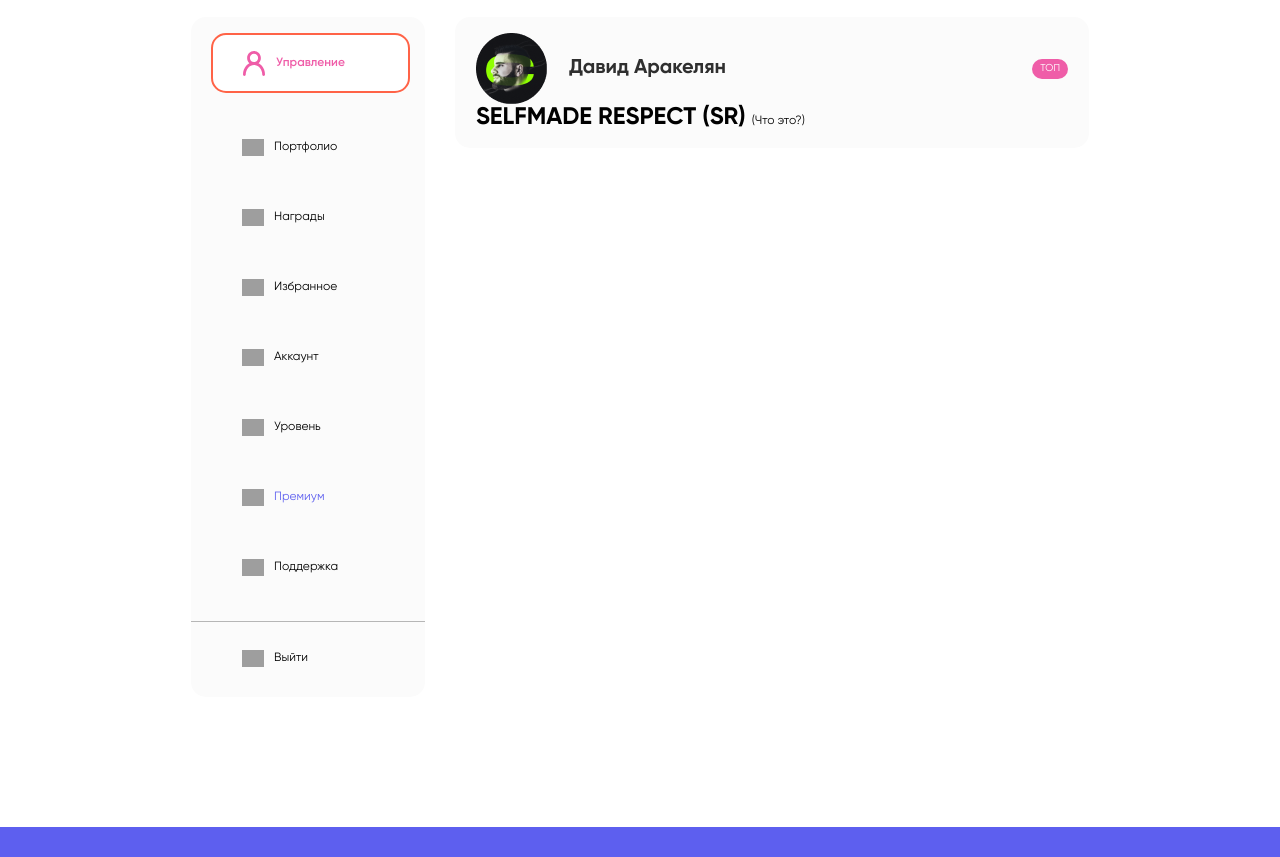
Repository: alexboagreek/selfmade
Page: index.html
These files come from the project's save history. The page is drawn as it stood at one moment and after a run of saves; the edit follows.
The browser window is 1280 px wide. The pictures show the part of the page from y = 353 to 1210 px (the page is 1719 px tall).
Pictures or frames that could not be fetched are drawn as grey boxes. A picture or video elsewhere on the page could not be fetched, so the positions and the page height are approximate.

Above is the page before, as saved 2022-12-13 12:45:45.

### index.html
<!DOCTYPE html>
<html lang="ru">
<head>
    <meta charset="UTF-8">
    <meta http-equiv="X-UA-Compatible" content="IE=edge">
    <meta name="viewport" content="width=device-width, initial-scale=1.0">
    <link rel="stylesheet" href="css/style.css">
    <link rel="icon" type="image/png" sizes="64x64" href="assets/icons/favicon.png">
    <link rel="icon" type="image/png" sizes="48x48" href="assets/icons/favicon_48.png">
    <title>Selfmade</title>
</head>
<body>
    <header class="header">
        <div class="header__container">
            <h1 class="visually-hidden">Selfmade...</h1>
            <div class="header__box">
                <div class="header__logo">
                    <a href="/"><img src="./assets/icons/header_logo.svg" alt="Логотип Selfmade"></a>
                </div>
                <div class="header__login">
                    <div class="header__alarm">
                        <img class="header__alarm_icon" src="assets/icons/bell.svg" alt="authorization bell">
                    </div>
                    <p class="user__name">Аракелян Д.</p>
                    <div class="user__login">
                        <img src="assets/icons/user_icon.svg" alt="user icon">
                    </div>
                </div>

            </div>

        </div>
    </header>

    <main class="main main__container">
        <div class="sidebar">
            <ul class="menu__list">
                <li class="menu__list_item menu__list_item_fix">
                    <button class="menu__list_button menu__button_control control__text">Управление</button>
                </li>
                <li class="menu__list_item list_item_fix">
                    <button class="menu__list_button menu__button_portfolio">Портфолио</button>
                </li>
                <li class="menu__list_item list_item_fix">
                    <button class="menu__list_button menu__button_star">Награды</button>
                </li>
                <li class="menu__list_item list_item_fix">
                    <button class="menu__list_button menu__button_like">Избранное</button>
                </li>
                <li class="menu__list_item list_item_fix">
                    <button class="menu__list_button menu__button_settings">Аккаунт</button>
                </li>
                <li class="menu__list_item list_item_fix">
                    <button class="menu__list_button menu__button_level">Уровень</button>
                </li>
                <li class="menu__list_item list_item_fix">
                    <button class="menu__list_button menu__button_premium menu__button_active">Премиум</button>
                </li>
                <li class="menu__list_item item__border list_item_fix">
                    <button class="menu__list_button menu__button_helper">Поддержка</button>
                </li>
                <li class="menu__list_item list_item_fix menu__line">
                    <button class="menu__list_button menu__button_exit">Выйти</button>
                </li>
            </ul>
        </div>
        <div class="content">
            <section class="interface">
                <div class="interface__box">
                    <div class="interface__box_header interface__line">
                        <div class="user__info">
                            <img src="assets/img/interface.png" alt="Логотип интерфейса юзера | user interface logo" class="interface__img">
                            <p class="interface__text">Давид Аракелян</p>
                        </div>
                        <div class="interface__rating">Топ</div>
                    </div>
                    <div class="selfmade__respect">
                        <h2 class="selfmade__respect_title">SELFMADE RESPECT (SR) <span class="selfmade__span">(Что это?)</span></h2>

                    </div>
                </div>
            </section>
        </div>
    </main>

  <footer class="footer">
    <div class="footer__container">
        <div class="footer__box">
            <img src="./assets/icons/footer_logo.svg" alt="Логотип Selfmade">
            <div class="footer__social">
                <ul class="footer__social_list">
                    <li class="footer__social_list_item">
                        <svg width="15" height="14" viewbox="0 0 15 14" fill="none" xmlns="http://www.w3.org/2000/svg">
                            <path d="M0.911243 6.87875L4.18677 8.10128L5.45459 12.1786C5.53572 12.4397 5.85504 12.5363 6.067 12.363L7.89283 10.8745C8.08421 10.7186 8.35682 10.7108 8.55683 10.856L11.85 13.2469C12.0767 13.4117 12.3979 13.2875 12.4548 13.0135L14.8672 1.40935C14.9293 1.11007 14.6352 0.860402 14.3502 0.970619L0.907405 6.15646C0.575664 6.2844 0.578554 6.75408 0.911243 6.87875ZM5.25027 7.4505L11.6519 3.50775C11.7669 3.43709 11.8853 3.59266 11.7865 3.6843L6.50332 8.59526C6.31761 8.76813 6.19783 8.99946 6.1639 9.25055L5.98393 10.5842C5.9601 10.7623 5.70995 10.78 5.66081 10.6077L4.96866 8.17563C4.88939 7.89823 5.00491 7.60194 5.25027 7.4505Z" fill="#5D5FEF"/>
                        </svg>
                    </li>
                    <li class="footer__social_list_item">
                        <svg width="15" height="15" viewbox="0 0 15 15" fill="none" xmlns="http://www.w3.org/2000/svg">
                            <path fill-rule="evenodd" clip-rule="evenodd" d="M4.90509 0.6828C2.54568 0.6828 0.632996 2.59548 0.632996 4.9549V10.295C0.632996 12.6544 2.54568 14.5671 4.90509 14.5671H10.2452C12.6046 14.5671 14.5173 12.6544 14.5173 10.295V4.9549C14.5173 2.59548 12.6046 0.6828 10.2452 0.6828H4.90509ZM7.57515 3.88687C5.51067 3.88687 3.83707 5.56047 3.83707 7.62496C3.83707 9.68944 5.51067 11.363 7.57515 11.363C9.63964 11.363 11.3132 9.68944 11.3132 7.62496C11.3132 5.56047 9.63964 3.88687 7.57515 3.88687ZM11.5421 4.64975C12.0898 4.64975 12.5338 4.20573 12.5338 3.65801C12.5338 3.11029 12.0898 2.66627 11.5421 2.66627C10.9944 2.66627 10.5504 3.11029 10.5504 3.65801C10.5504 4.20573 10.9944 4.64975 11.5421 4.64975Z" fill="#5D5FEF"/>
                        </svg>
                    </li>
                    <li class="footer__social_list_item">
                        <svg width="16" height="9" viewbox="0 0 16 9" fill="none" xmlns="http://www.w3.org/2000/svg">
                            <path d="M12.9479 4.91454C12.7006 4.61918 12.7714 4.48778 12.9479 4.22376C12.9511 4.22075 14.9925 1.55289 15.2028 0.648132L15.2041 0.647529C15.3086 0.317814 15.2041 0.0755005 14.6987 0.0755005H13.0263C12.6006 0.0755005 12.4043 0.283456 12.2991 0.516125C12.2991 0.516125 11.4477 2.44378 10.2431 3.69332C9.85434 4.05438 9.67462 4.17012 9.46239 4.17012C9.35787 4.17012 9.19535 4.05438 9.19535 3.72467V0.647529C9.19535 0.252112 9.07617 0.0755005 8.72373 0.0755005H6.09412C5.82709 0.0755005 5.66839 0.259948 5.66839 0.431737C5.66839 0.80666 6.27066 0.892856 6.33312 1.9477V4.23642C6.33312 4.73792 6.23689 4.83015 6.02338 4.83015C5.45489 4.83015 4.07508 2.89465 3.25739 0.679476C3.09232 0.249701 2.93108 0.0761032 2.50216 0.0761032H0.829178C0.351821 0.0761032 0.255585 0.284059 0.255585 0.516728C0.255585 0.927817 0.824079 2.97181 2.89921 5.67222C4.28221 7.51549 6.22988 8.51428 8.00164 8.51428C9.06661 8.51428 9.19663 8.29246 9.19663 7.91091C9.19663 6.14961 9.10039 5.98325 9.63383 5.98325C9.88111 5.98325 10.3068 6.09898 11.3011 6.98806C12.4374 8.04231 12.6242 8.51428 13.2602 8.51428H14.9326C15.4093 8.51428 15.6508 8.29246 15.5119 7.85485C15.1939 6.93442 13.0448 5.04112 12.9479 4.91454V4.91454Z" fill="#5D5FEF"/>
                        </svg>
                    </li>
                    <li class="footer__social_list_item">
                        <svg width="7" height="14" viewbox="0 0 7 14" fill="none" xmlns="http://www.w3.org/2000/svg">
                            <path d="M5.1126 2.93661H6.8285V0.446777H4.81141V0.455757C2.36736 0.540786 1.86645 1.89031 1.8223 3.30771H1.81727V4.55101H0.153015V6.9893H1.81727V13.5253H4.3254V6.9893H6.37996L6.77685 4.55101H4.32622V3.79984C4.32622 3.32082 4.65072 2.93661 5.1126 2.93661Z" fill="#5D5FEF"/>
                        </svg>
                    </li>
                </ul>
            </div>
        </div>
        <div class="footer__services">
            <ul class="services__list">
                <li class="services__list_item">Как работает сервис?</li>
                <li class="services__list_item">Советы от SELFMADE</li>
                <li class="services__list_item">Пользовательское соглашение</li>
                <li class="services__list_item">Почему SELFMADE</li>
                <li class="services__list_item">Помощь и поддержка</li>
            </ul>
        </div>
    </div>
    <div class="footer__copyright">
        <ul class="footer__copyright_list">
            <li class="footer__copyright_list_item footer__copy_text">© SELFMADE.TEAM 2022</li>
            <li class="footer__copyright_list_item footer__copy_text-info">ИНН 431207720494 / ОГРНИП 320508100324371</li>
            <li class="footer__copyright_list_item">
                <a class="footer__copyright_link" href="#">Политика конфиденциальности</a>
            </li>
        </ul>
    </div>

  </footer>
</body>
</html>

### css/style.css
@import 'normalize.css';
@import 'fonts.css';
@import 'default.css';
@import 'header.css';
@import 'sidebar.css';
@import 'interface.css';
@import 'footer.css';

### css/fonts.css
@font-face {
    font-family: Gilroy;
    src: url(../assets/fonts/Gilroy-Regular.woff2) format('woff2'),
    url(../assets/fonts/Gilroy-Regular.woff) format('woff');
    font-weight: 400;
}

@font-face {
    font-family: Gilroy;
    src: url(../assets/fonts/Gilroy-Semibold.woff2) format('woff2'),
    url(../assets/fonts/Gilroy-Semibold.woff) format('woff');
    font-weight: 500;
}

@font-face {
    font-family: Gilroy;
    src: url(../assets/fonts/Gilroy-Bold.woff2) format('woff2'),
    url(../assets/fonts/Gilroy-Bold.woff) format('woff');
    font-weight: 600;
}

### css/default.css
:root {
    --color-control-text:#EF5DA8;
    --color-menu: #F0F0F0;
    --color-menu-active: #5D5FEF;
    --color-alarm: #EF5DA8;
    --color-main: #FBFBFB;
    --footer-color-main: #5D5FEF;
    --footer-color-copyright: #5556D3;
    --footer-social-color: #FFFFFF;
    --footer-copyright-link: #B6B6B6;
    background: #EF5DA8;

}

html {
  overflow-x: hidden;
  position: relative;
  box-sizing: border-box;
}

*,
*::before,
*::after {
  box-sizing: inherit;
}

body {
  display: flex;
  flex-direction: column;
  min-width: 320px;
  height: 100%;
  font-family: Gilroy, sans-serif;
  background-color: #FFFFFF;
  font-size: 16px;
  overflow-x: hidden;
  position: relative;
}

img,
svg {
  max-width: 100%;
  max-height: 100%;
  height: auto;
}

button {
  padding: 0;
  cursor: pointer;
  border: none;
  background-color: transparent;
}

a {
  text-decoration: none;
  color: inherit;
}

ul {
  list-style: none;
  padding: 0;
  margin: 0;
}

h1,
h2,
h3,
p,
figure,
fieldset {
  margin: 0;
}

iframe {
  border: none;
}

fieldset {
  padding: 0;
  border: 0;
}

.visually-hidden {
  position: fixed;
  transform: scale(0);
}

.container {
    max-width: 1400px;
    padding: 0 100px;
    margin: 0 auto;
}

### css/header.css
.header {
    padding-top: 28px;
    padding-bottom: 37px;
    flex: 0 0 auto;
    background-color: #FFFFFF;
}

.header__box {
    display: flex;
    justify-content: space-between;
    align-items: center;
}

.header__container {
    max-width: 1500px;
    margin: 0 auto;
    padding: 0 100px;
}

.header__alarm {
    position: relative;
    margin-right: 11px;
}

.header__alarm::after {
    position: absolute;
    top: 0;
    content: '';
    width: 5px;
    height: 5px;
    background-color: var(--color-alarm);
    border-radius: 50%;
}
.user__name {
    margin-right: 6px;
}

.header__login {
    display: flex;
    align-items: center;
}

.user__login {
    cursor: pointer;
}

.services__list_item {
    cursor: pointer;
}

### css/sidebar.css
.main {
    display: flex;
}

.main__container {
    max-width: 1200px;
    margin: 0 auto;
}

.sidebar {
    display: flex;
    justify-content: center;
    width: 234px;
    border-radius: 15px;
    background-color: var(--color-main);
    margin-bottom: 130px;
    margin-right: 30px;
}

.menu__list_button {
    font-size: 12px;
    line-height: 16px;
    padding: 7px 8px 7px 40px;
    background-size: 22px;
    background-position: 8px center;
    background-repeat: no-repeat;
    border-radius: 50px;
    border: 1px solid transparent;
    white-space: nowrap;
    outline: none;
    margin-bottom: 38px;
}

.menu__list_item_fix {
    display: flex;
    padding-left: 20px;
    align-items: flex-start;
}

.menu__button_active {
    color: var(--color-menu-active);
}

.menu__button_control {
    width: 199px;
    margin-top: 16px;
    border-radius: 15px;
    border: 2px solid tomato;
    padding: 20px;
    background-color: #FFFFFF;
    background-image: url('../assets/icons/user__icon.svg');
    background-position: calc(30px);
}

.control__text {
    font-weight: 500;
    color: var(--color-control-text);
}

.menu__button_portfolio {
    background-image: url('../assets/icons/portfolio_icon.svg');
}
.menu__button_star {
    background-image: url('../assets/icons/star_icon.svg');
}

.menu__button_like {
    background-image: url('../assets/icons/like_icon.svg');
}
.menu__button_settings {
    background-image: url('../assets/icons/settings_icon.svg');
}
.menu__button_level {
    background-image: url('../assets/icons/level_icon.svg');
}
.menu__button_premium {
    background-image: url('../assets/icons/premium_icon.svg');
}

.menu__button_helper {
    background-image: url('../assets/icons/helper_icon.svg');
}

.menu__line {
    width: 234px;
    border-top: 1px solid var(--footer-copyright-link);
}
.menu__button_exit {
    background-image: url('../assets/icons/exit_icon.svg');
    margin-top: 20px;
    margin-bottom: 23px;
}

.list_item_fix {
    padding-left: 42px;
}

### css/interface.css
.interface__box {
    border-radius: 15px;
    padding: 16px 21px;
    width: 634px;
    background-color: var(--color-main);
}
.interface__box_header {
    display: flex;
    justify-content: space-between;
    align-items: center;
}
.user__info {
    display: flex;
    align-items: center;
}

.interface__text {
    font-weight: 700;
    font-size: 20px;
    margin-left: 22px;
    line-height: 1.06;
    color: #2F2F2F;
}

.interface__rating {
    padding: 4px 8px;
    border-radius: 47px;
    color: #FFFFFF;
    background-color: var( --color-control-text);
    font-size: 10px;
    text-transform: uppercase;
}

.selfmade__span {
    font-weight: 400;
    font-size: 12px;
}

### css/footer.css
.footer {
    flex: 0 0 auto;
}

.footer__container {
    padding: 50px 140px 0px 140px;
    background-color: var(--footer-color-main);
}

.footer__box {
    display: flex;
    justify-content: space-between;
    background-color: var(--footer-color-main);
    margin-bottom: 50px;
}

.footer__social_list_item {
    display: flex;
    align-items: center;
    justify-content: center;
    width: 29px;
    height: 29px;
    background-color: var(--footer-social-color);
    border-radius: 50%;
    margin-right: 19px;
    cursor: pointer;
}

.footer__social_list_item:last-child {
    margin-right: 0;
}

.footer__social_list {
    display: flex;
}

.footer__services {
    padding-bottom: 41px;
}

.services__list {
    display: flex;
    justify-content: space-between;
}
.services__list_item {
    font-size: 16px;
    font-weight: 500;
    color: var(--footer-social-color);
}

.footer__copyright {
    padding: 30px 140px;
    border-top: 1px solid #FFFFFF;
    background-color: var(--footer-color-copyright);
}

.footer__copyright_list {
    display: flex;
    justify-content: space-between;
}

.footer__copy_text {
    font-weight: 500;
    line-height: 16px;
    color: var(--footer-social-color);
}

.footer__copy_text-info {
    font-weight: 400;
    color: var(--footer-social-color);
}
.footer__copyright_link {
    color: var(--footer-copyright-link);
}

Loaded but not shown: css/normalize.css (library)

After the next 2 saves:
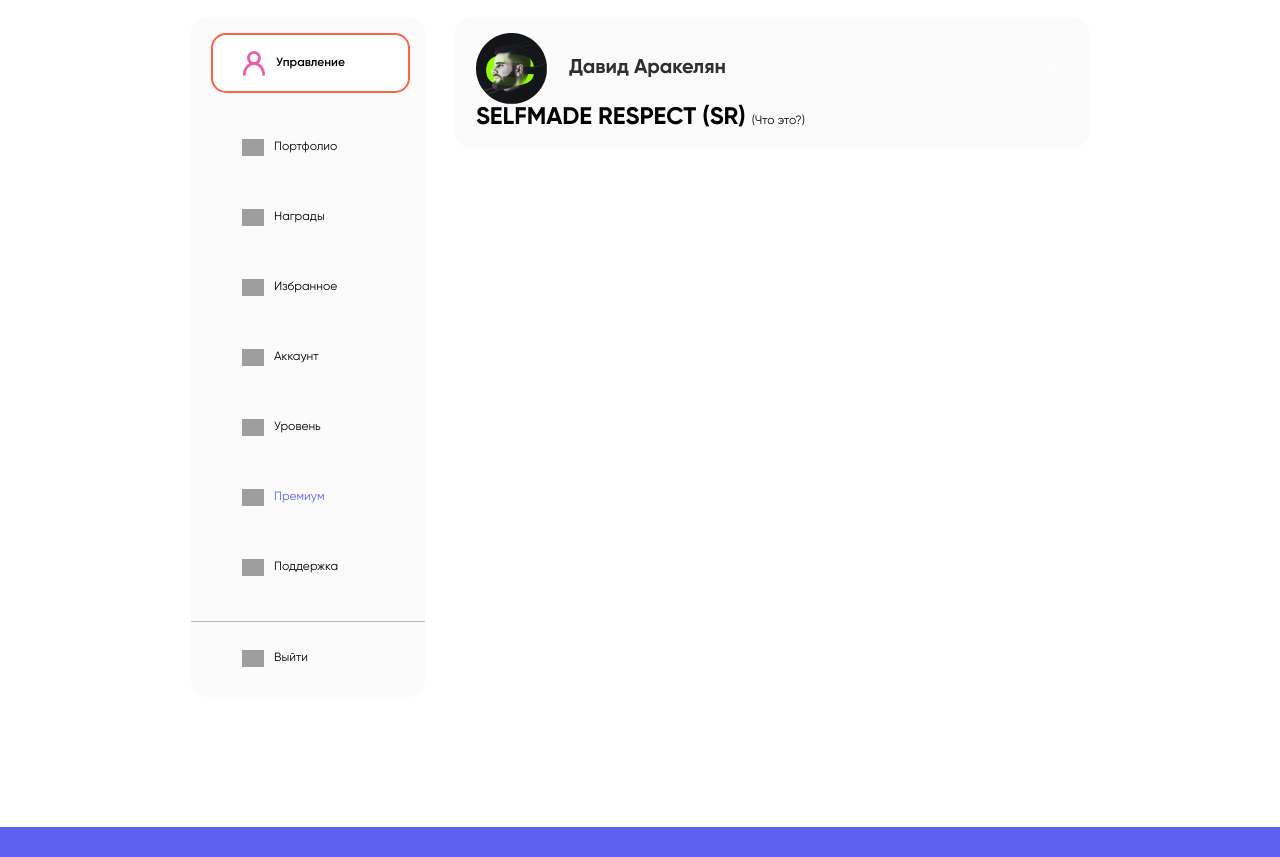
The 2 saves are shown as one change because they came seconds apart.
The last was saved 14 s later.
--- a/css/default.css
+++ b/css/default.css
@@ -1,5 +1,5 @@
 :root {
-    --color-control-text:#EF5DA8;
+  c
     --color-menu: #F0F0F0;
     --color-menu-active: #5D5FEF;
     --color-alarm: #EF5DA8;
@@ -8,7 +8,6 @@
     --footer-color-copyright: #5556D3;
     --footer-social-color: #FFFFFF;
     --footer-copyright-link: #B6B6B6;
-    background: #EF5DA8;
 
 }
 

After the save that followed:
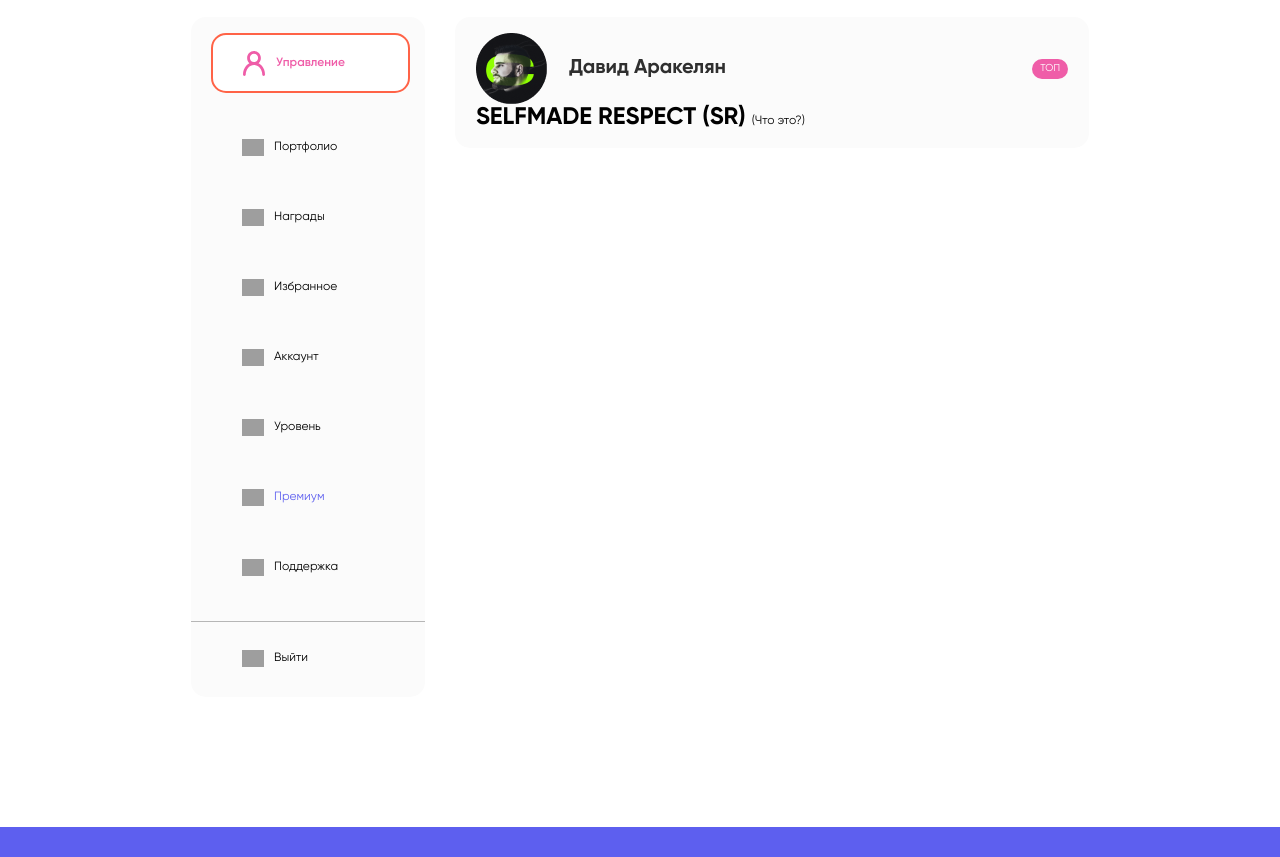
Saved 6 s later.
--- a/css/default.css
+++ b/css/default.css
@@ -1,5 +1,5 @@
 :root {
-  c
+    --color-control-text:#EF5DA8;
     --color-menu: #F0F0F0;
     --color-menu-active: #5D5FEF;
     --color-alarm: #EF5DA8;
